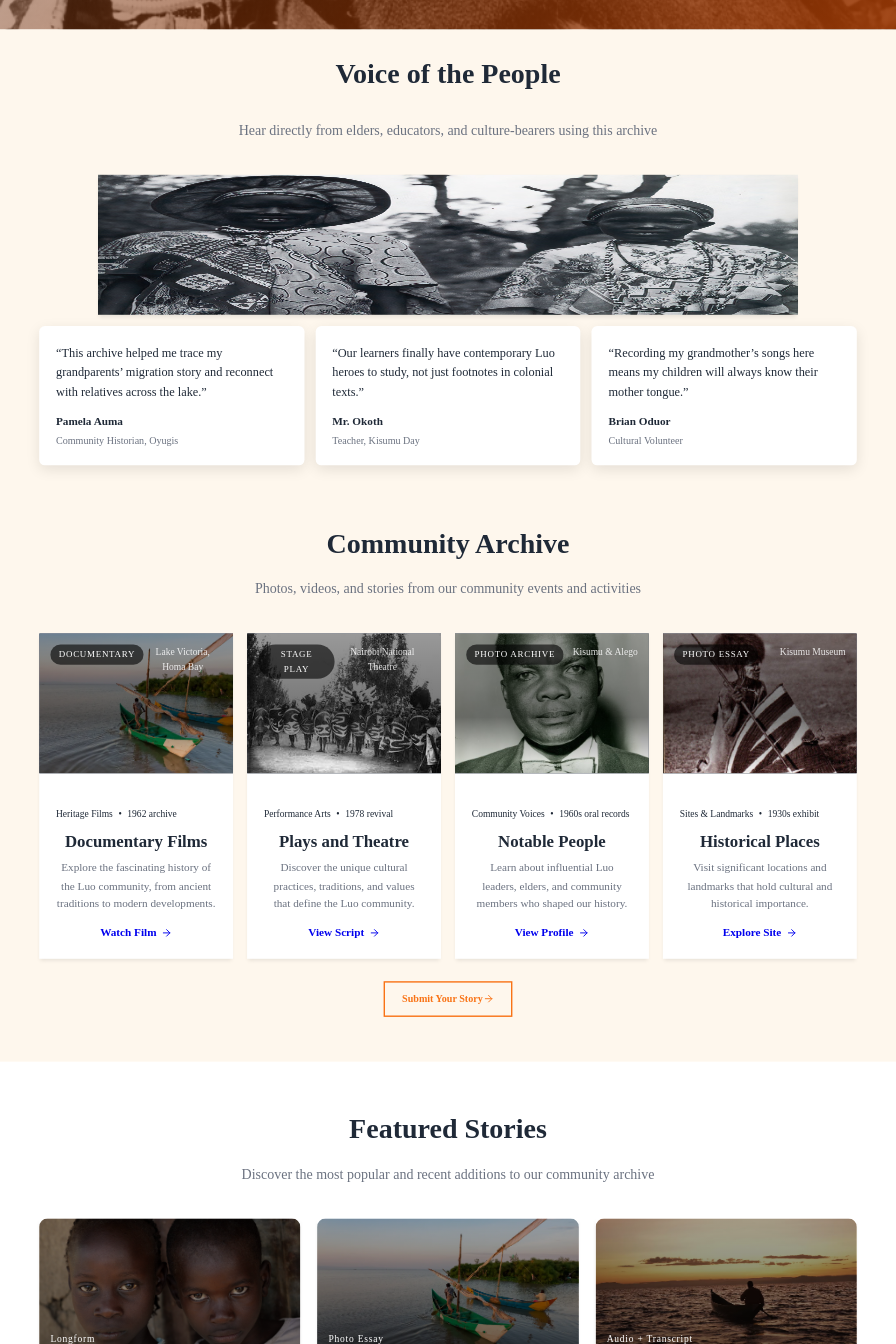
Repository: ianfranko/luo-community-history
Page: /
These files come from the project's save history. The page is drawn as it stood at one moment and after the next save; the edit follows.
The browser window is 1280 px wide. The pictures show the part of the page from y = 674 to 2594 px (the page is 3704 px tall before and 4004 px after), at 70% of full size.
The project was rebuilt for these pictures with package versions that can differ from the ones it lists, and the page was loaded fresh each time. The framework's server and built-in components were replaced by stand-ins that run in the browser. Also part of the build but not shown: next.config.ts.

Above is the page before, as saved 2025-11-23 07:12:38.

After the next save:
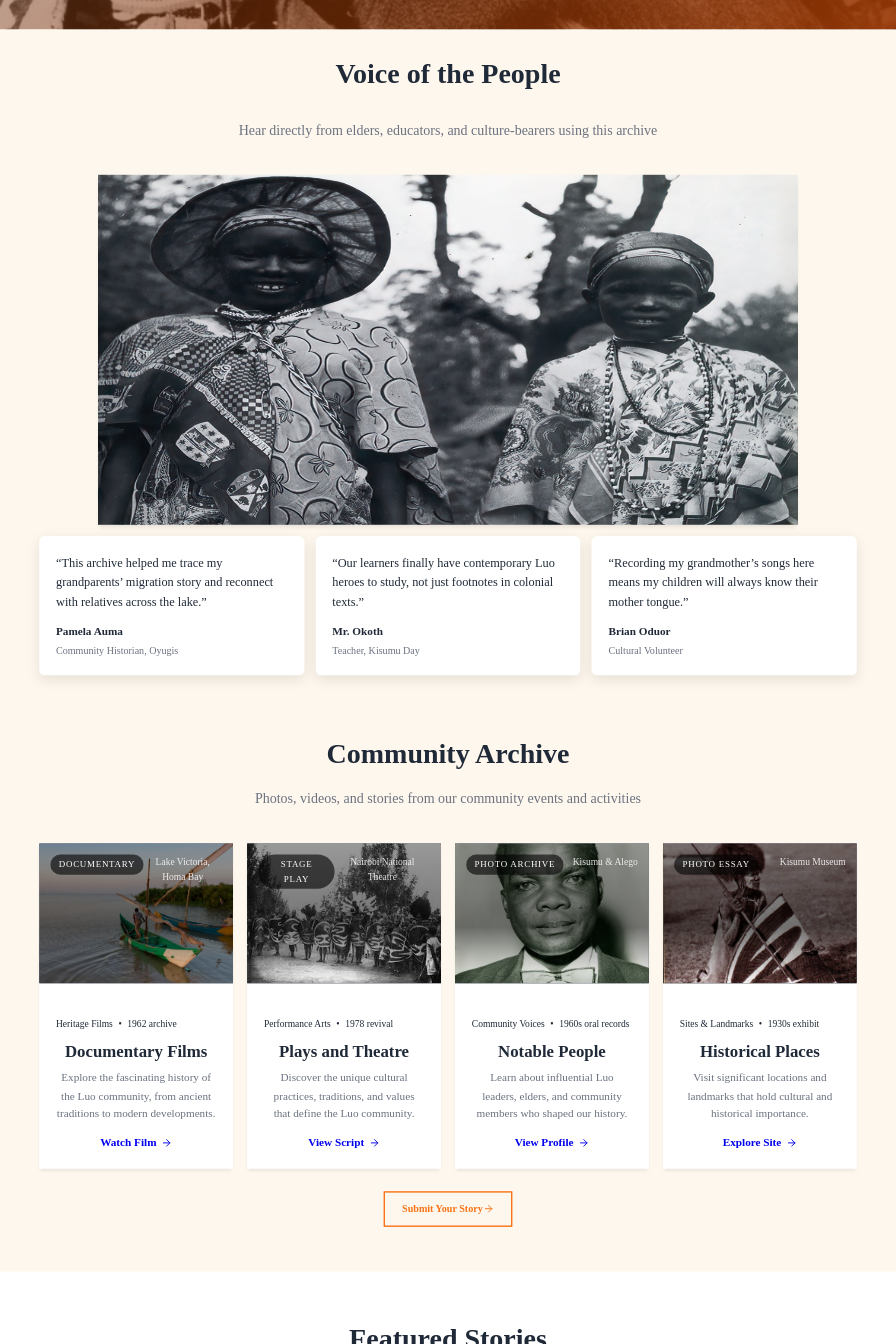
Saved 17 s later.
--- a/src/app/page.tsx
+++ b/src/app/page.tsx
@@ -204,7 +204,7 @@ export default function Home() {
     src="/luo_03.jpg"
     alt="Community Archive"
     width={1000}
-    height={200}
+    height={500}
     className="object-cover w-full max-w-2xl h-[80px] shadow"/>
 </div>
 
